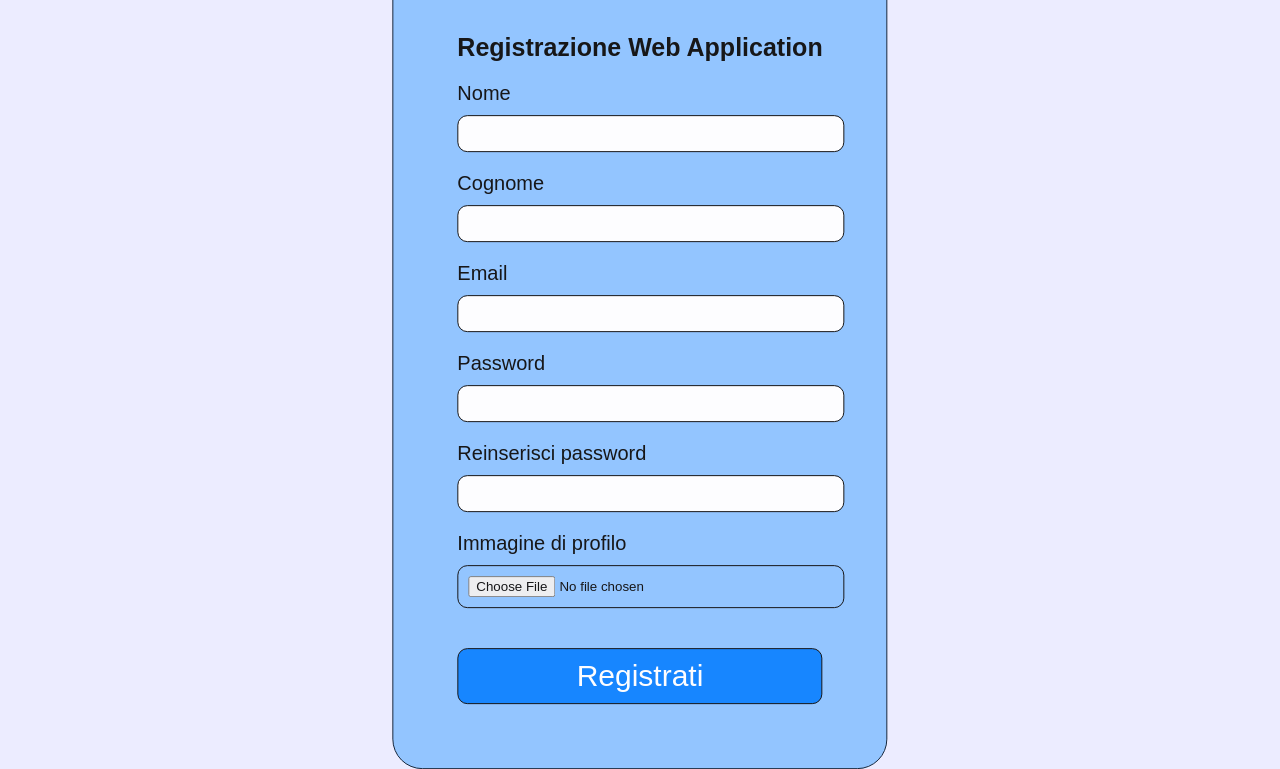
Repository: GabrielCellammare/WebApplication-SA-CyberSecurity
Page: http://localhost/WebProject-CellammareGabriel_ApplicationSecurity_/registration.jsp
These files come from the project's save history. The page is drawn as it stood at one moment and after the next save; the edit follows.
The browser window is 1280 px wide. The pictures show the whole page.
The page is served by Tomcat 9. Nobody is signed in. The application's start-up code is not run. Other server files are loaded and not shown.

Above is the page before, as saved 2024-03-09 07:31:57.

### WebProject-CellammareGabriel(ApplicationSecurity)/WebContent/registration.jsp
<%@ page language="java" contentType="text/html; charset=ISO-8859-1"
    pageEncoding="ISO-8859-1"%>
<!DOCTYPE html>
<html>
    <head>
        <title>Registrazione Web Application Cellammare Gabriel</title>
         <style>
         	<%@include file="/WEB-INF/css/styleRegistration.css"%>
         </style>
    </head>
    <body>
        <div class="container">
            <h1>Registrazione Web Application</h1>
            <form action="RegistrationServlet" method="post" enctype="multipart/form-data">
            	<div class="field">
                    <label for="name">Nome</label>
                    <input type="name" name="name" id="name" required>
                </div>
                <div class="field">
                    <label for="surname">Cognome</label>
                    <input type="surname" name="surname" id="surname" required>
                </div>
                <div class="field">
                    <label for="email">Email</label>
                    <input type="email" name="email" id="email" required>
                </div>
                <div class="field">
                    <label for="password">Password</label>
                    <input type="password" name="password" id="password" required>
                </div>
                <div class="field">
                    <label for="retype-password">Reinserisci password</label>
                    <input type="password" name="retype-password" id="retype-password" required>
                </div>
                <div class="field">
                    <label for="image">Immagine di profilo</label>
                    <input type="file" name="image" id="image">
                </div>
                <input type="submit" value="Registrati">
            </form>

        </div>
    </body>
</html>

### WebProject-CellammareGabriel(ApplicationSecurity)/WebContent/WEB-INF/css/styleRegistration.css
@charset "ISO-8859-1";

body {
	font-family: sans-serif;
	background-color: #ececff;
}

#password::placeholder {
	font-size: 80%;
}
p {
	text-align: center;
	font-size: 18px;
	font-weight: bold;
	margin-bottom: 20px;
}

.btn {
	display: inline-block;
	padding: 10px 20px;
	margin-top: 10px;
	margin-bottom: 5px;
	background-color: #6c757d;
	color: #fff;
	border: 1px solid black;
	border-radius: 10px;
	cursor: pointer;
	text-decoration: none;
}

.container {
	margin: 0 auto;
	max-width: 80vw;
	padding: 5vw;
	background-color: #8ac1ff;
	opacity: 0.9;
	border-radius: 30px;
	border: 1px solid #001328;
	position: absolute;
	top: 50%;
	left: 50%;
	transform: translate(-50%, -50%);
}

h1 {
	text-align: center;
	font-size: 25px;
	font-weight: bold;
	margin-bottom: 20px;
}

.field {
	margin-bottom: 20px;
	font-size: 20px;
}

label {
	display: block;
	margin-bottom: 10px;
}

input {
	width: 100%;
	padding: 10px;
	border: 1px solid black;
	border-radius: 10px;
}

input[type="submit"] {
	margin-top: 20px;
	background-color: #007bff;
	color: #fff;
	border: 1px solid black;
	border-radius: 10px;
	font-size: 30px;
	cursor: pointer;
}

.image {
	width: 200px;
	height: 200px;
	margin-bottom: 20px;
}

After the next save:
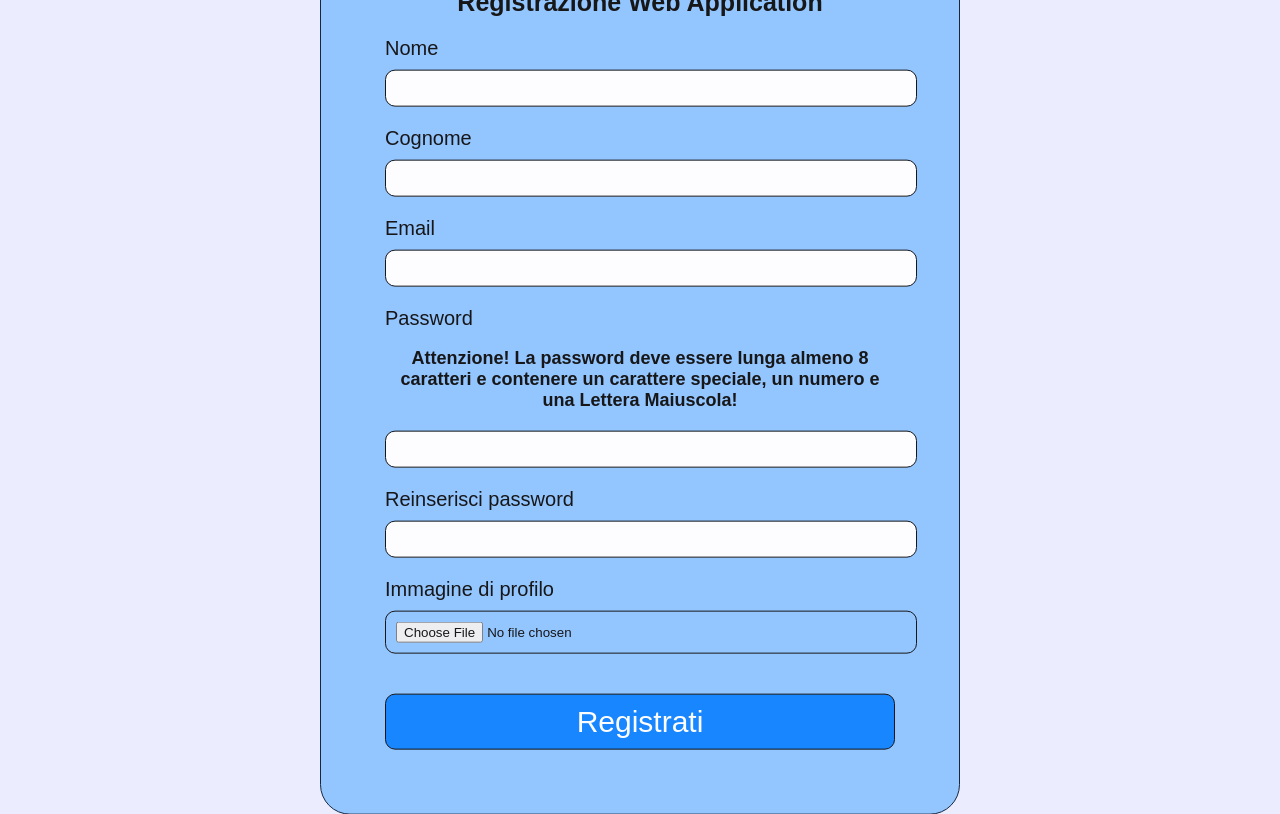
Saved 5 min 18 s later.
--- a/WebProject-CellammareGabriel(ApplicationSecurity)/WebContent/registration.jsp
+++ b/WebProject-CellammareGabriel(ApplicationSecurity)/WebContent/registration.jsp
@@ -26,6 +26,7 @@
                 </div>
                 <div class="field">
                     <label for="password">Password</label>
+                    <p>Attenzione! La password deve essere lunga almeno 8 caratteri e contenere un carattere speciale, un numero e una Lettera Maiuscola!</p>
                     <input type="password" name="password" id="password" required>
                 </div>
                 <div class="field">
